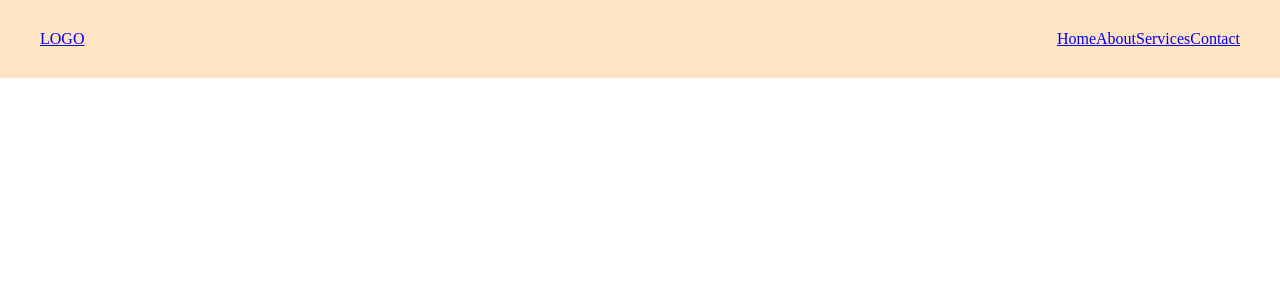
Repository: chanchalsaini/React-WUI
Page: /
An editor plug-in stored every save of this project. The page is shown before and after the next save, followed by the edit.
The browser window is 1280 px wide. The pictures show the whole page.
The project was rebuilt for these pictures with package versions that can differ from the ones it lists, and the page was loaded fresh each time.

Above is the page before, as saved 2020-09-21 21:52:56.

After the next save:
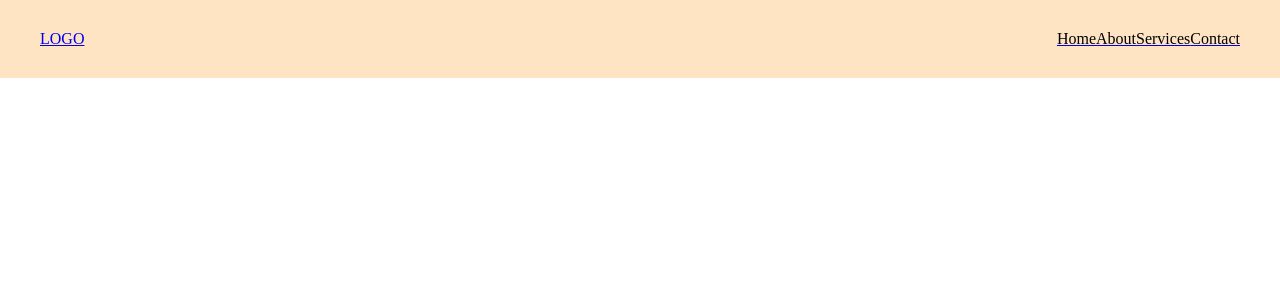
Saved 16 s later.
--- a/src/App.css
+++ b/src/App.css
@@ -13,3 +13,7 @@ header {
   display: flex;
   align-items: center;
 }
+.link {
+  text-decoration: none;
+  color: black;
+}
